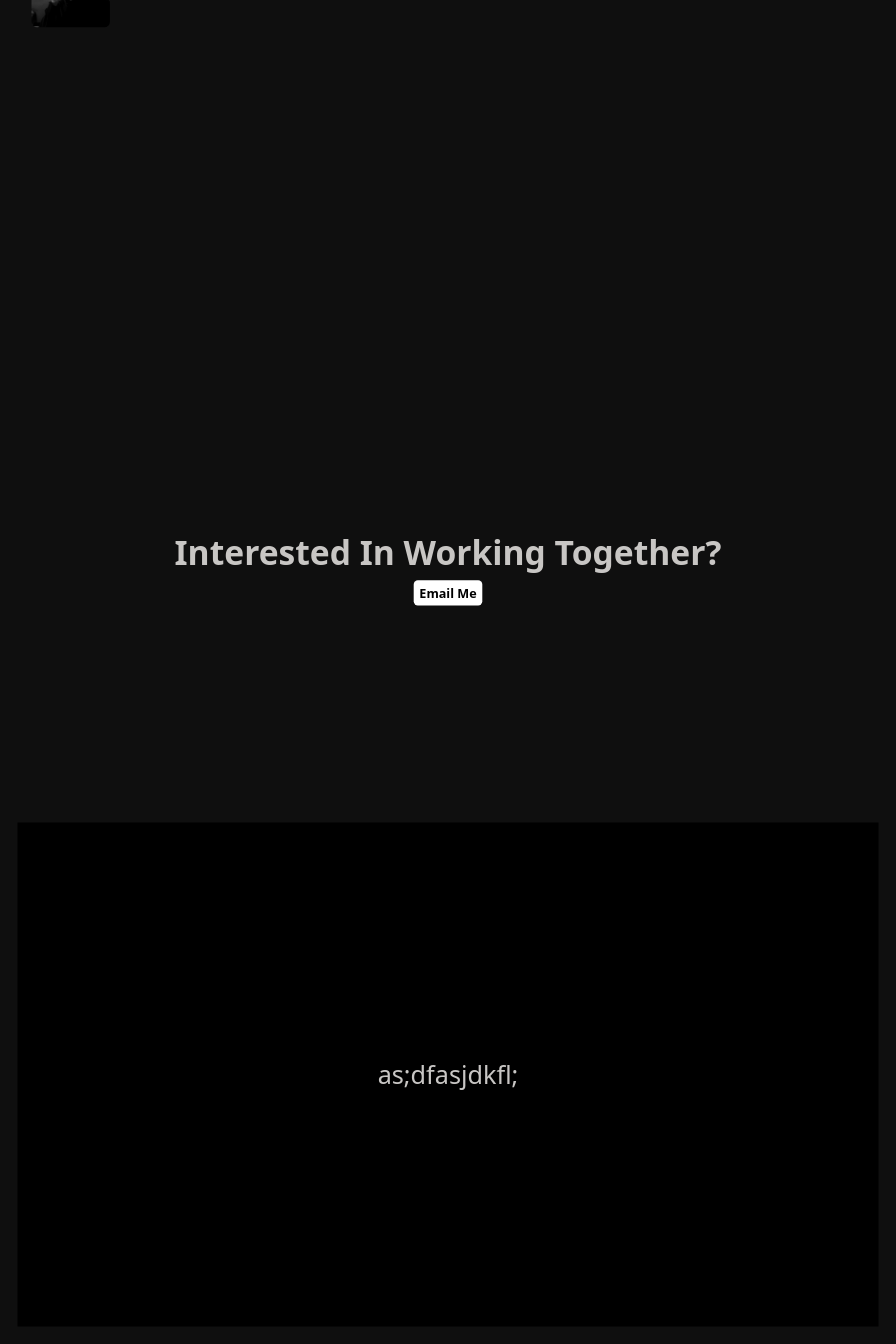
Repository: hitoutvrma/portfolio
Page: /
These files come from the project's save history. The page is drawn as it stood at one moment and after the next save; the edit follows.
The browser window is 1280 px wide. The pictures show the part of the page from y = 1010 to 2930 px (the page is 2930 px tall), at 70% of full size.
The project was rebuilt for these pictures with package versions that can differ from the ones it lists, and the page was loaded fresh each time. Also part of the build but not shown: vite.config.js.

Above is the page before, as saved 2025-03-08 21:04:18.

After the next save:
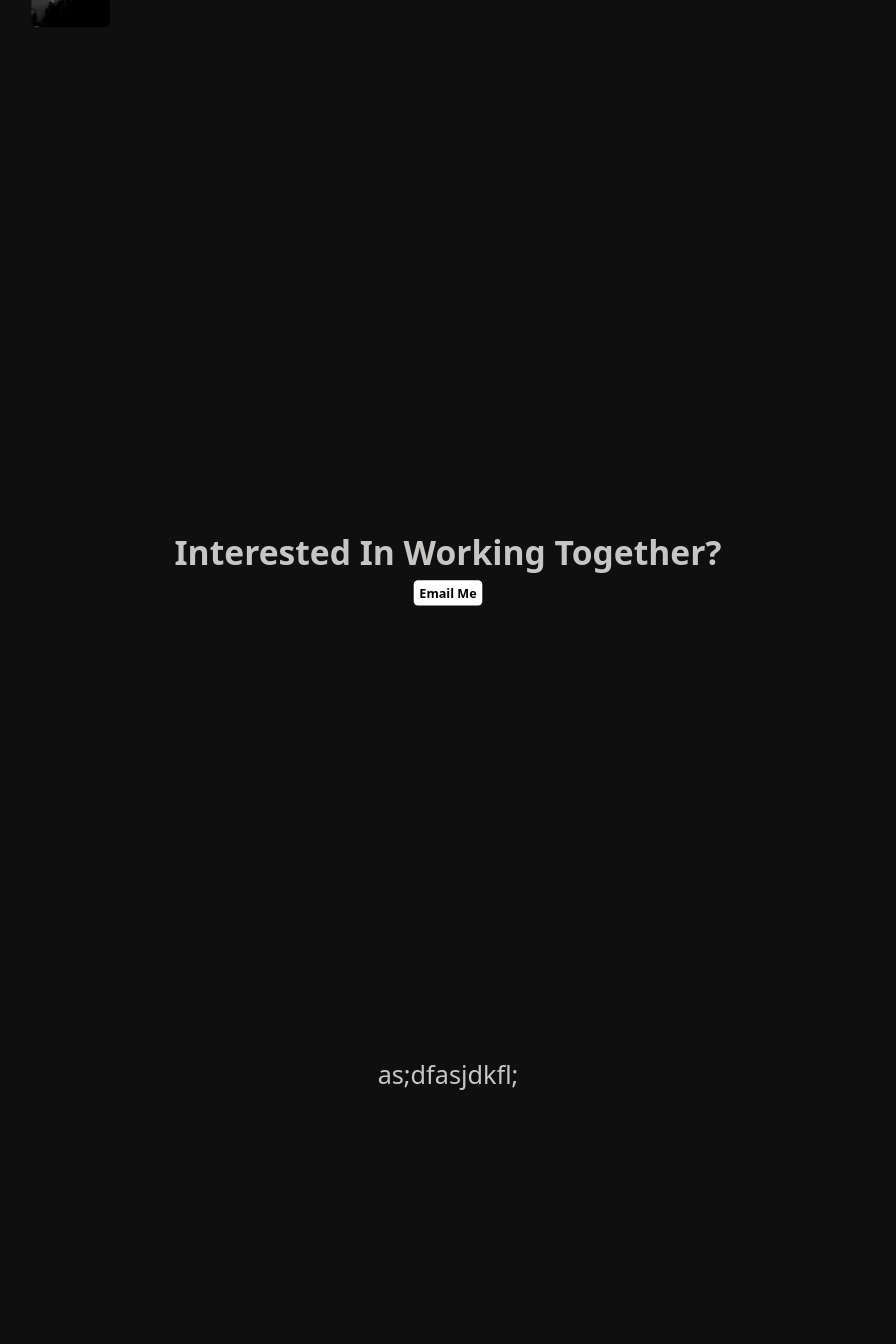
Saved 10 s later.
--- a/src/Components/CursorImagePop.jsx
+++ b/src/Components/CursorImagePop.jsx
@@ -35,7 +35,7 @@ const CursorImagePop = () => {
     }, [imageIndex, positions]);
 
     return (
-        <div className="relative flex justify-center items-center" style={{ height: "100vh", backgroundColor: "black", overflow: "hidden" }}>
+        <div className="relative flex justify-center items-center" style={{ height: "100vh", overflow: "hidden" }}>
             <h1 className="text-4xl">as;dfasjdkfl;</h1>
             {positions.map((img) => (
                 <img
